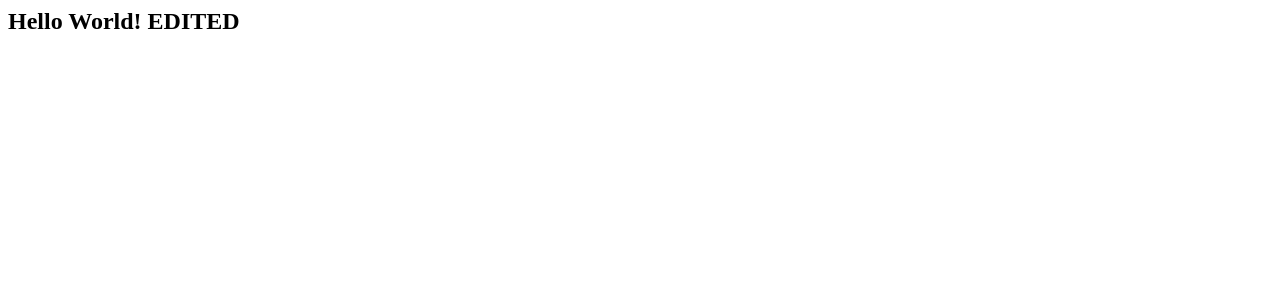
Repository: SylvainJanet/spring-mvc-training
Page: http://localhost/springcoreapp/
An editor plug-in stored every save of this project. The page is shown before and after the next save, followed by the edit.
The browser window is 1280 px wide. The pictures show the whole page.
The page is served by Tomcat 9.

Above is the page before, as saved 2022-03-07 11:43:56.

After the next save:
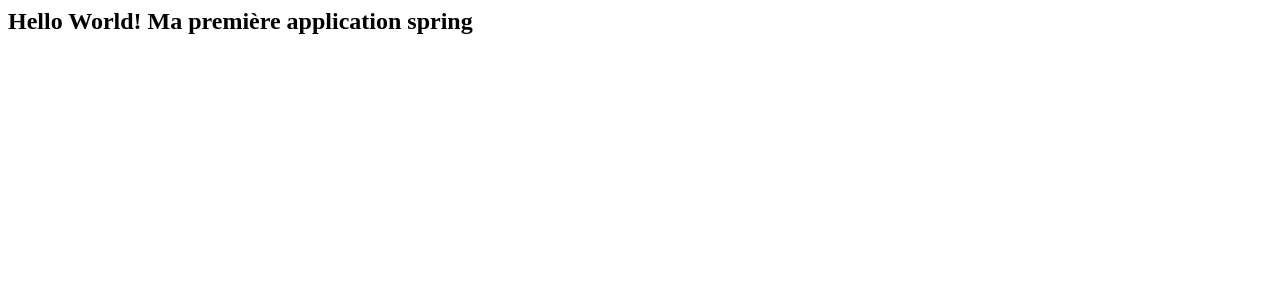
Saved 7 min 27 s later.
--- a/springcoreapp/src/main/webapp/index.jsp
+++ b/springcoreapp/src/main/webapp/index.jsp
@@ -1,5 +1,5 @@
 <html>
 <body>
-<h2>Hello World!    EDITED</h2>
+<h2>Hello World! Ma première application spring</h2>
 </body>
 </html>
